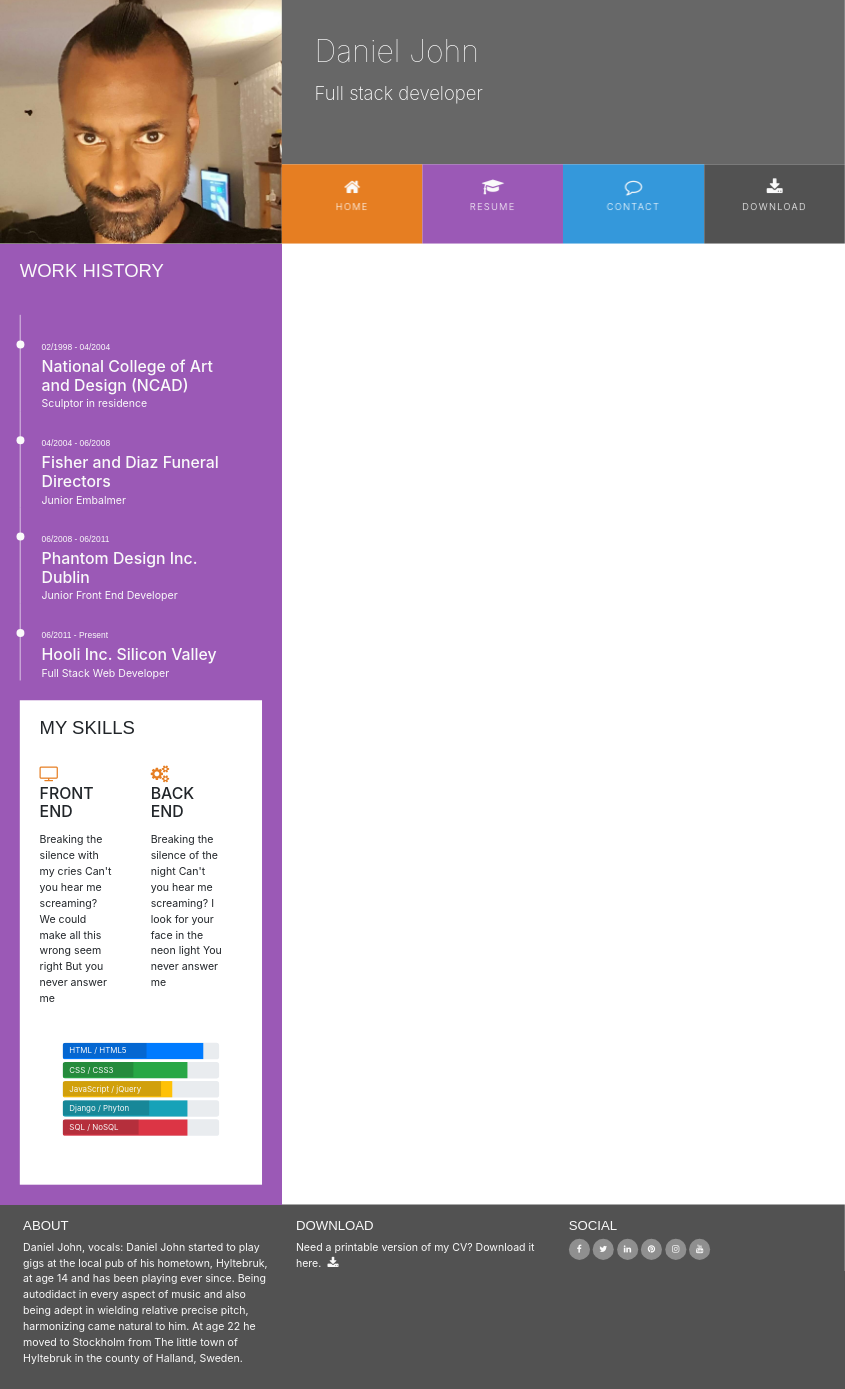
Repository: Jadehammar/initial-commit
Page: resume.html
The author's editor kept a record of every edit. The page is drawn from the files as they stood at one moment, then again after the next edit.
The browser window is 1280 px wide. The pictures show the whole page, at 66% of full size.

Above is the page before.

After the next edit:
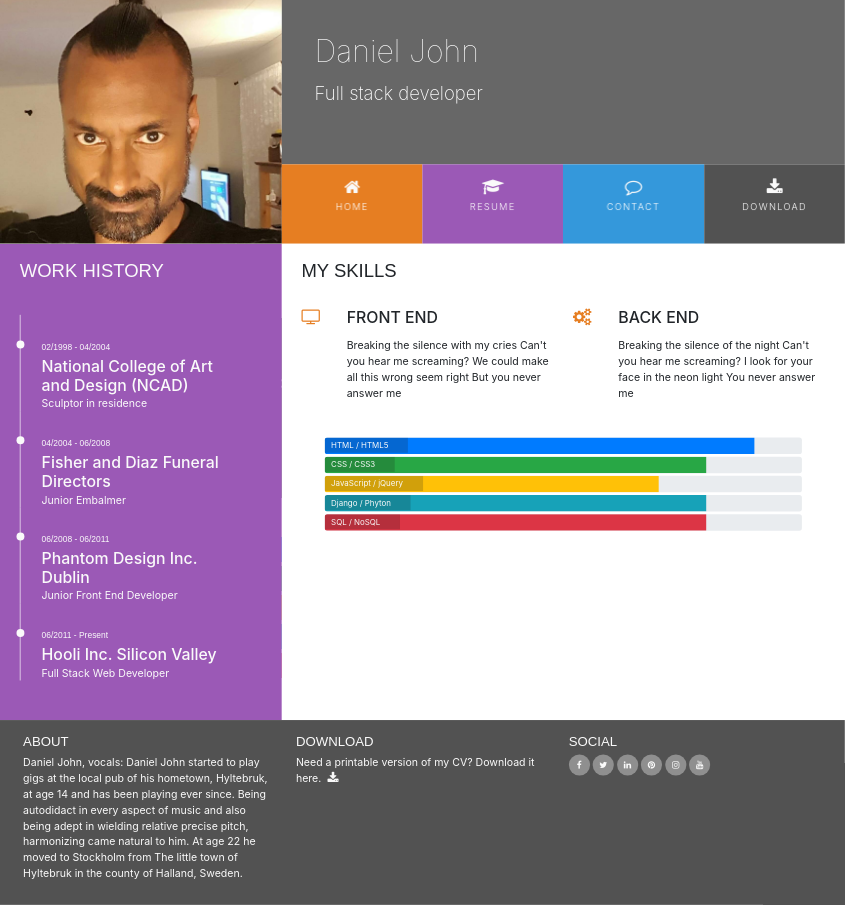
The edit:
--- a/resume.html
+++ b/resume.html
@@ -56,21 +56,22 @@
                 </div>
                 <div class="history-items">
 
-                <div class="timeline-item" data-dates="02/1998 - 04/2004">
-                    <h4>National College of Art and Design (NCAD)</h4>
-                    <p>Sculptor in residence</p>
-                </div>
-                <div class="timeline-item" data-dates="04/2004 - 06/2008">
-                    <h4>Fisher and Diaz Funeral Directors</h4>
-                    <p>Junior Embalmer</p>
-                </div>
-                <div class="timeline-item" data-dates="06/2008 - 06/2011">
-                    <h4>Phantom Design Inc. Dublin</h4>
-                    <p>Junior Front End Developer</p>
-                </div>
-                <div class="timeline-item" data-dates="06/2011 - Present">
-                    <h4>Hooli Inc. Silicon Valley</h4>
-                    <p>Full Stack Web Developer</p>
+                    <div class="timeline-item" data-dates="02/1998 - 04/2004">
+                        <h4>National College of Art and Design (NCAD)</h4>
+                        <p>Sculptor in residence</p>
+                    </div>
+                    <div class="timeline-item" data-dates="04/2004 - 06/2008">
+                        <h4>Fisher and Diaz Funeral Directors</h4>
+                        <p>Junior Embalmer</p>
+                    </div>
+                    <div class="timeline-item" data-dates="06/2008 - 06/2011">
+                        <h4>Phantom Design Inc. Dublin</h4>
+                        <p>Junior Front End Developer</p>
+                    </div>
+                    <div class="timeline-item" data-dates="06/2011 - Present">
+                        <h4>Hooli Inc. Silicon Valley</h4>
+                        <p>Full Stack Web Developer</p>
+                    </div>
                 </div>
             </div>
             <div class="col-md-8 bg-color-three-reasons section-column">
